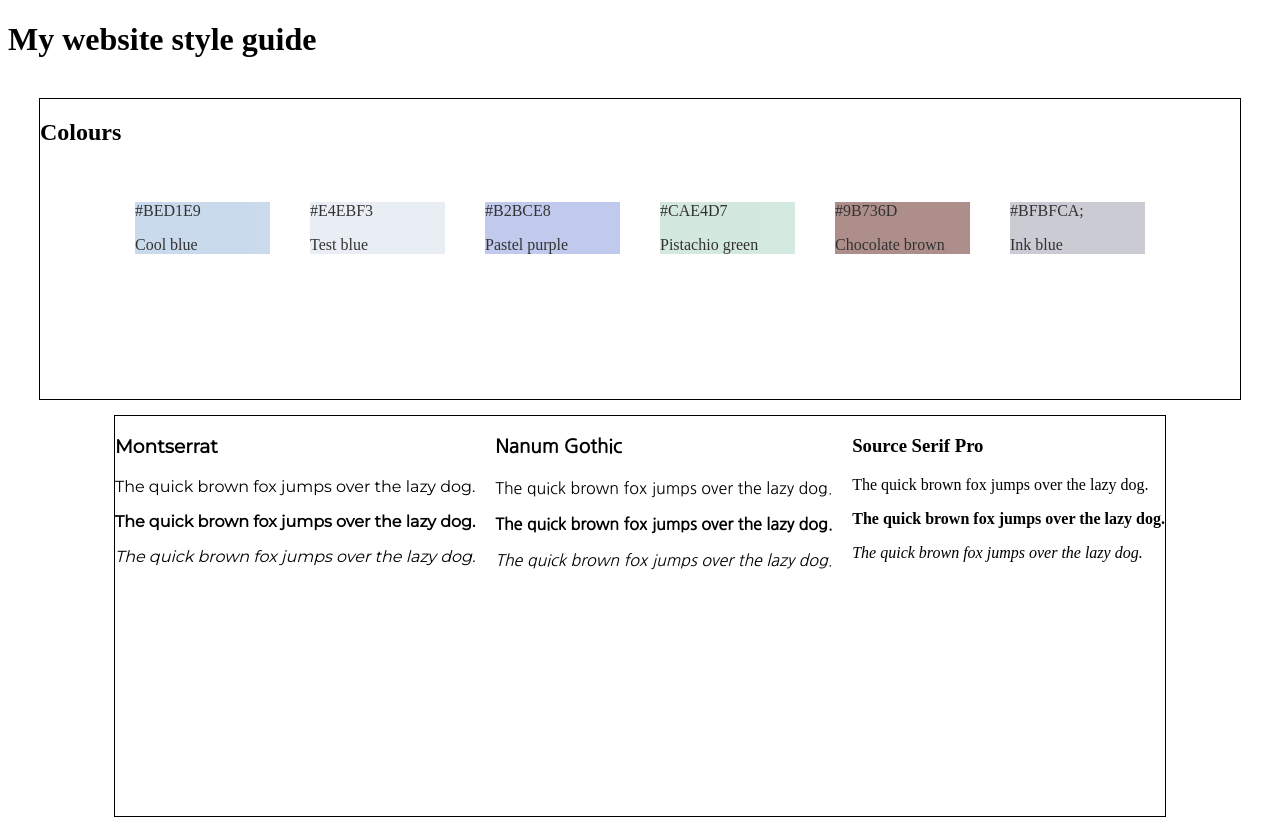
Repository: nazaninrizvi/codecademy
Page: Javascript/website-design-system/index.html
The author's editor kept a copy of each file at every save. The page is drawn from the files as they stood at one save, then again after the next save.
The browser window is 1280 px wide. The pictures show the whole page.
Some web fonts or font styles are not loaded; a fallback is used.

Above is the page before, as saved 2021-11-27 22:07:31.

After the next save:
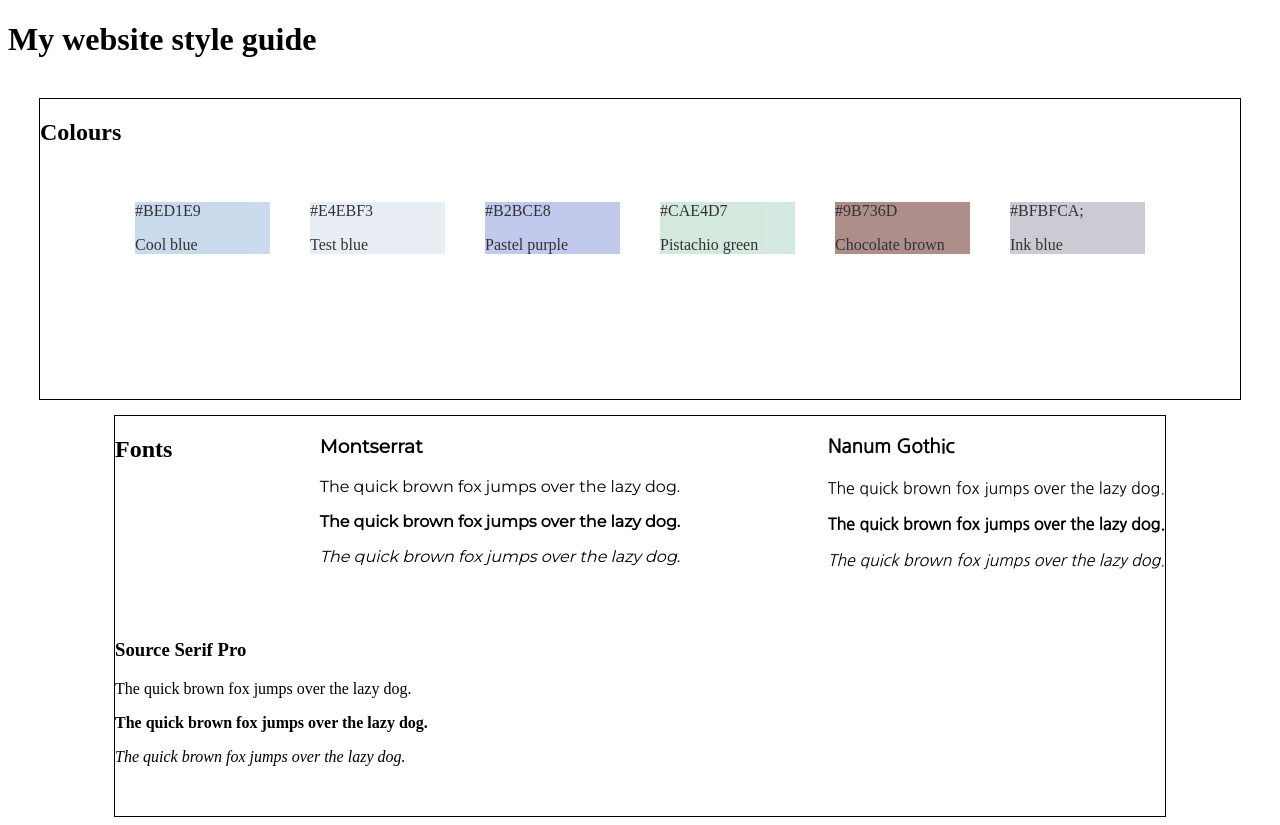
Saved 6 s later.
--- a/Javascript/website-design-system/index.html
+++ b/Javascript/website-design-system/index.html
@@ -46,7 +46,7 @@
         </div>
         <div id="fonts">
            <div class="fontcontainer">
-
+            <h2>Fonts</h2>
                <div class='font' id='montserrat'>
                    <h3>Montserrat</h3>
                     <p>The quick brown fox jumps over the lazy dog.</p>
